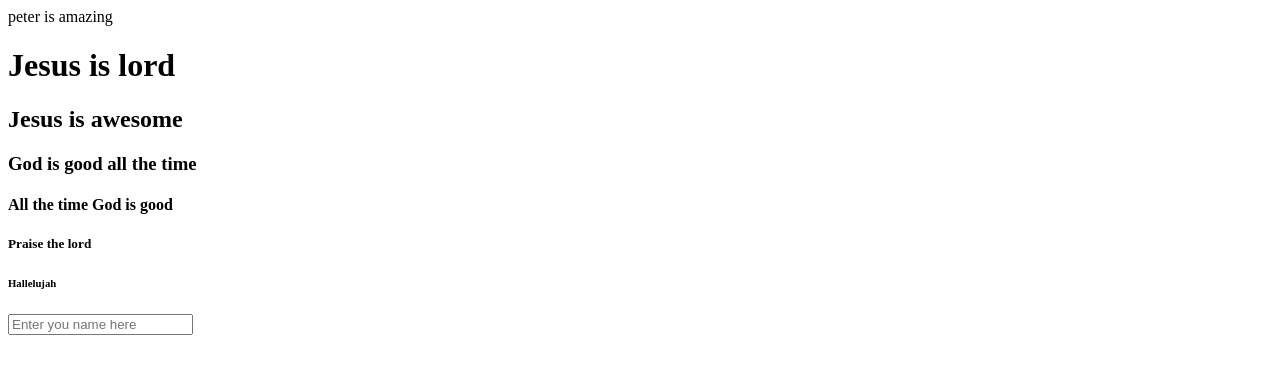
Repository: sheddy1/peter1
Page: work1.html
These files come from the project's save history. The page is drawn as it stood at one moment and after the next save; the edit follows.
The browser window is 1280 px wide. The pictures show the whole page.

Above is the page before, as saved 2025-11-04 11:58:15.

### work1.html
<html>
    <p>peter is amazing</p>
    <h1>Jesus is lord</h1>
    <h2>Jesus is awesome</h2>
    <h3>God is good all the time</h3>
    <h4>All the time God is good</h4>
    <h5>Praise the lord</h5>
    <h6>Hallelujah</h6>

    <input type="text" placeholder="Enter you name here">
</html>

After the next save:
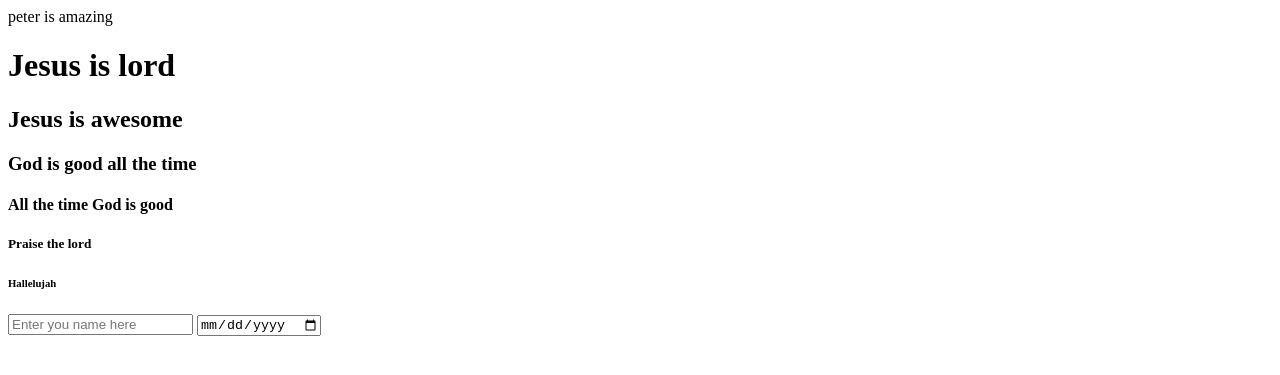
Saved 37 s later.
--- a/work1.html
+++ b/work1.html
@@ -8,4 +8,6 @@
     <h6>Hallelujah</h6>
 
     <input type="text" placeholder="Enter you name here">
+
+    <input type="date">
 </html>
